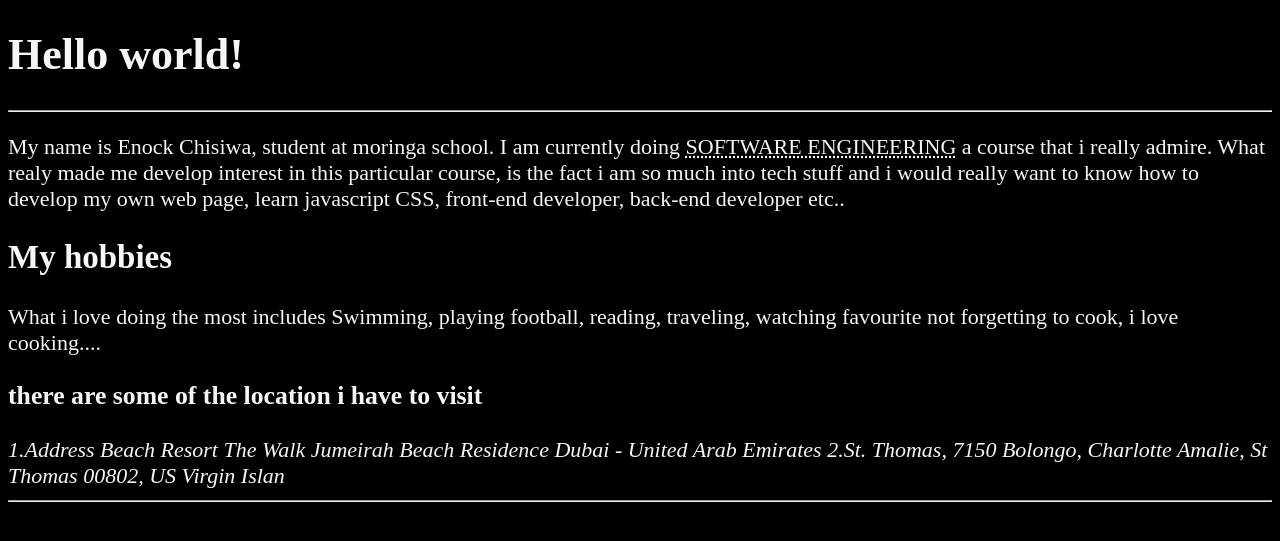
Repository: chiscobyte/README.md
Page: my project/index.html
These files come from the project's save history. The page is drawn as it stood at one moment and after the next save; the edit follows.
The browser window is 1280 px wide. The pictures show the whole page.

Above is the page before, as saved 2025-02-22 19:28:09.

After the next save:
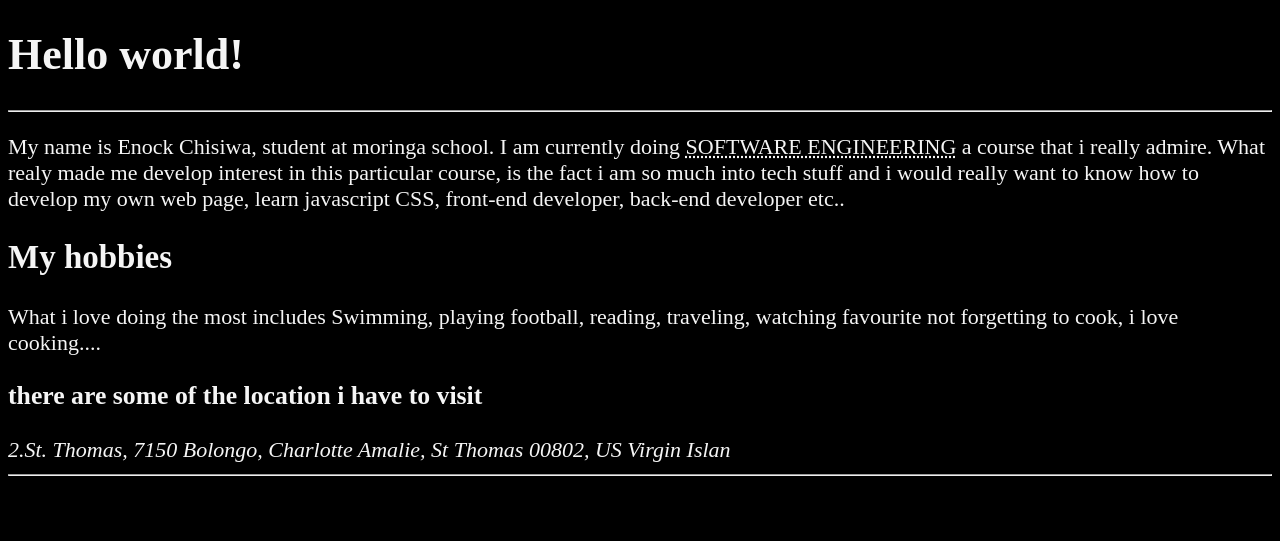
Saved 39 s later.
--- a/my project/index.html
+++ b/my project/index.html
@@ -28,10 +28,7 @@
       not forgetting to cook, i love cooking....</p>
 
     <h3>there are some of the location i have to visit </h3>
-         <address>1.Address Beach Resort The Walk
-            Jumeirah Beach Residence
-            Dubai - United Arab Emirates
-
+         <address>
           2.St. Thomas, 7150 Bolongo,
             Charlotte Amalie,
             St Thomas 00802, US Virgin Islan</address>
